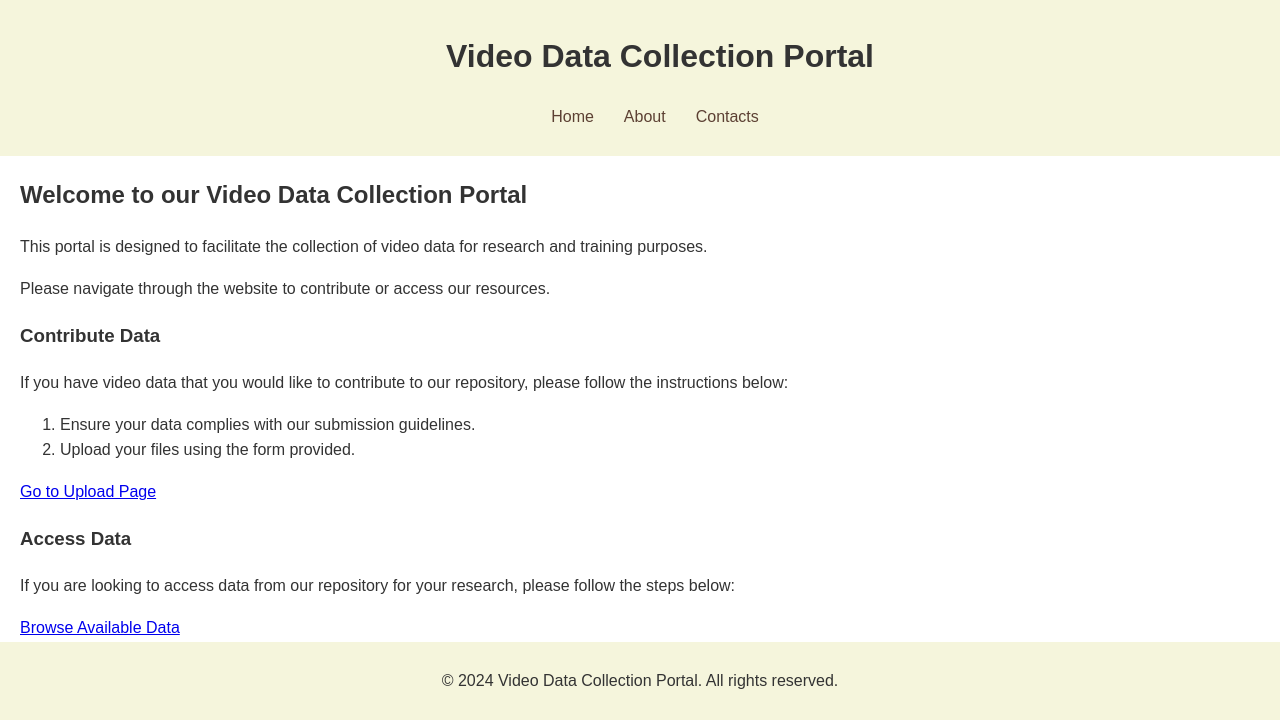
Repository: Oren93/sign_lang_data
Page: / (app in frontend/sign-lang-ui/)
These files come from the project's save history. The page is drawn as it stood at one moment and after the next save; the edit follows.
The browser window is 1280 px wide. The pictures show the whole page.
The project was rebuilt for these pictures with package versions that can differ from the ones it lists, and the page was loaded fresh each time. Also part of the build but not shown: frontend/sign-lang-ui/vite.config.ts, frontend/sign-lang-ui/src/pages/About.tsx, frontend/sign-lang-ui/src/pages/Contact.tsx, frontend/sign-lang-ui/src/pages/Upload.module.css, frontend/sign-lang-ui/src/pages/Upload.tsx, frontend/sign-lang-ui/src/pages/Record.module.css, frontend/sign-lang-ui/src/pages/Record.tsx, frontend/sign-lang-ui/src/pages/ThankYou.tsx.

Above is the page before, as saved 2024-06-10 15:41:32.

After the next save:
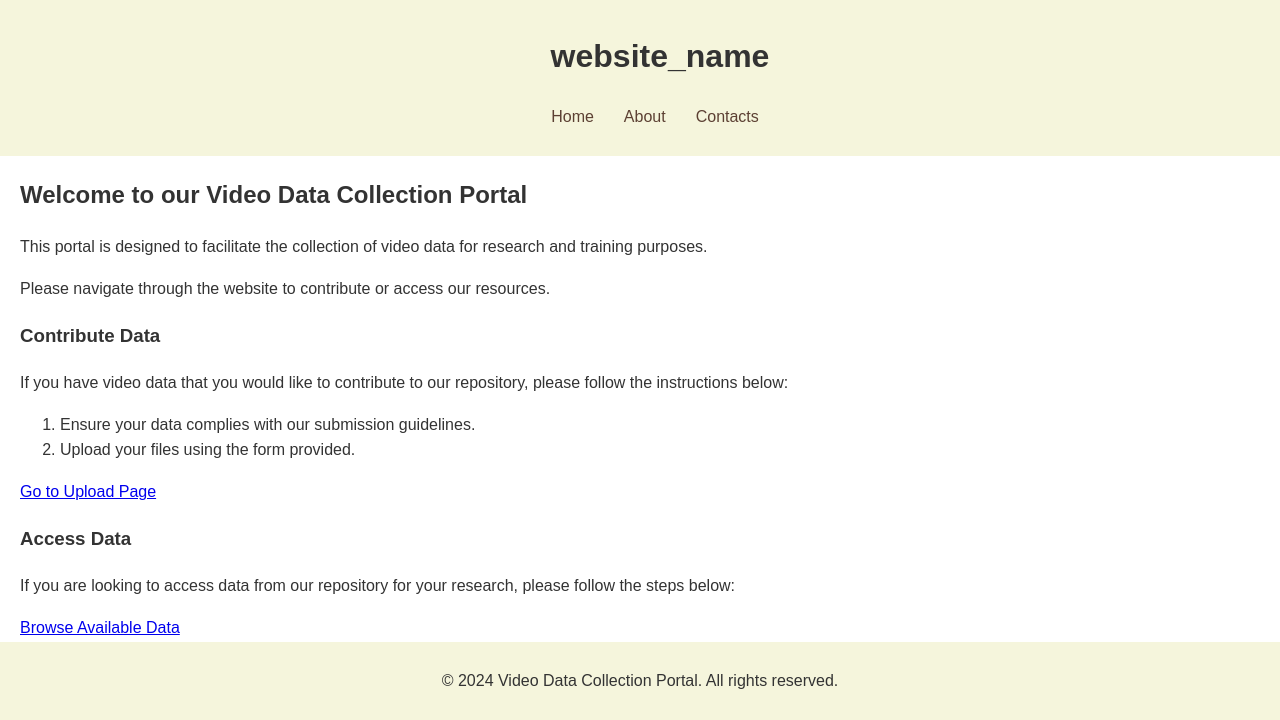
Saved 60 s later.
--- a/frontend/sign-lang-ui/src/components/Header.tsx
+++ b/frontend/sign-lang-ui/src/components/Header.tsx
@@ -8,7 +8,7 @@ const Header: React.FC = () => {
   const{ t } = useTranslation();
   return (
     <header>
-      <h1>Video Data Collection Portal</h1>
+      <h1>{t('website_name')}</h1>
       <nav>
         <ul>
           <li><Link to="/">{t('home_button')}</Link></li>
